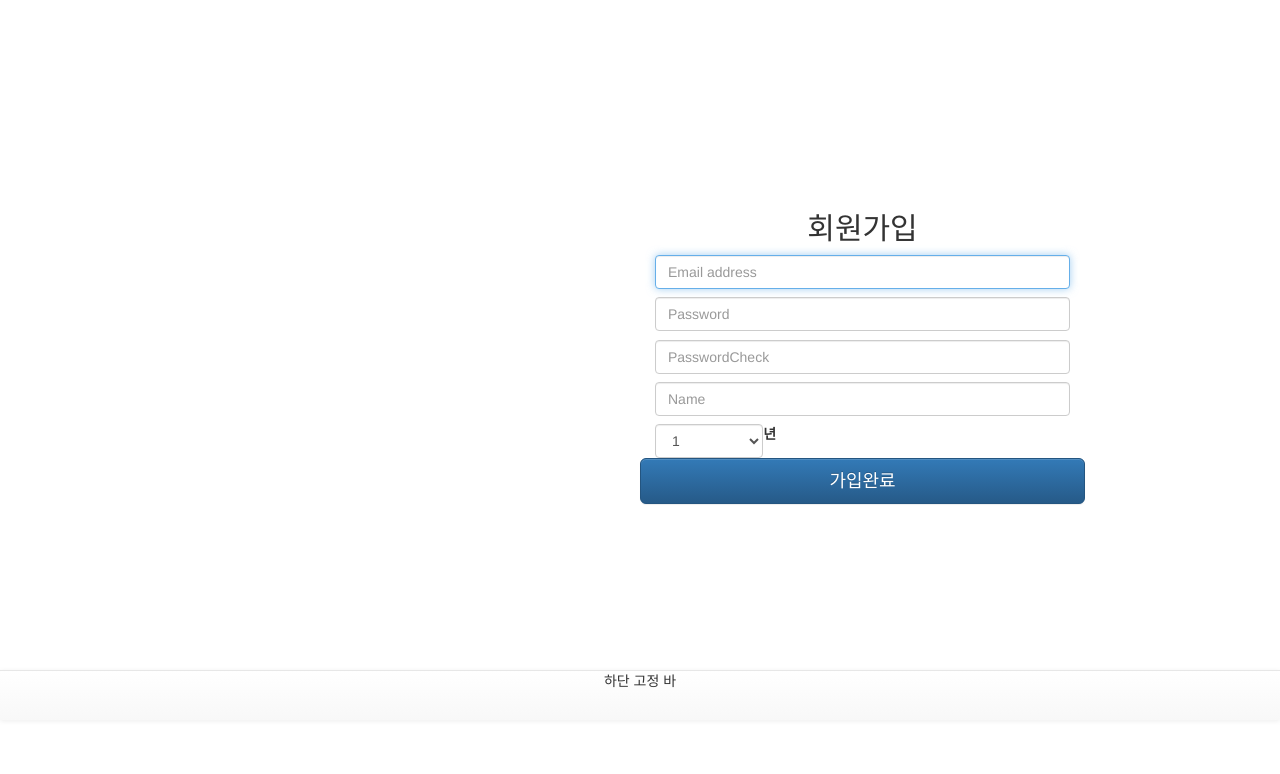
Repository: hrhwbp/Acorn-Final-Project
Page: http://localhost/final_project/index.jsp
An editor plug-in stored every save of this project. The page is shown before and after the next save, followed by the edit.
The browser window is 1280 px wide. The pictures show the whole page.
Some web libraries are served in a nearby version. The page is served by Tomcat 9. Nobody is signed in. The application's start-up code is not run. Other server files are loaded and not shown.

Above is the page before, as saved 2016-10-26 06:17:05.

### final_project/src/main/webapp/index.jsp
<%@ page language="java" contentType="text/html; charset=UTF-8"
	pageEncoding="UTF-8"%>
<!DOCTYPE html">
<html>
<head>
<meta http-equiv="Content-Type" content="text/html; charset=UTF-8">
<title>REMIND</title>
<!-- 합쳐지고 최소화된 최신 CSS -->
<link rel="stylesheet"
	href="https://maxcdn.bootstrapcdn.com/bootstrap/3.3.2/css/bootstrap.min.css">
<!-- 부가적인 테마 -->
<link rel="stylesheet"
	href="https://maxcdn.bootstrapcdn.com/bootstrap/3.3.2/css/bootstrap-theme.min.css">
<style type="text/css">
.top_pd {
	padding-top: 2%;
}

.bottom_pd {
	padding-bottom: 2%;
}

.main_pd {
	padding-top: 15%;
	padding-bottom: 20%;
}
</style>
<!-- 합쳐지고 최소화된 최신 자바스크립트 -->
<script
	src="https://ajax.googleapis.com/ajax/libs/jquery/3.1.1/jquery.min.js"></script>
<script
	src="https://maxcdn.bootstrapcdn.com/bootstrap/3.3.2/js/bootstrap.min.js"></script>
</head>
<body class="center-block()">
	<div class="container main_pd">
		<div class="container col-md-5 col-md-offset-1"></div>
		<div class="container col-md-5">
			<div class="row col-md-12 hide">
				<form class="form-signin">
					<h2 class="form-signin-heading text-center">로그인</h2>
					<div class="row">
						<label for="inputEmail" class="sr-only">Email address</label> <input
							type="email" id="inputEmail" class="form-control"
							placeholder="Email address" required autofocus>
					</div>
					<div class="row top_pd bottom_pd">
						<label for="inputPassword" class="sr-only">Password</label> <input
							type="password" id="inputPassword" class="form-control"
							placeholder="Password" required>
					</div>

					<button class="btn btn-lg btn-primary btn-block" type="submit">로그인</button>
				</form>
				<button class="btn btn-lg btn-primary btn-block" type="button">회원가입</button>
			</div>
			<div class="row col-md-12">
				<form class="form-signin">
					<h2 class="form-signin-heading text-center">회원가입</h2>
					<div class="row-md-12">
						<label for="inputEmail" class="sr-only">Email address</label> <input
							type="email" id="inputEmail" class="form-control"
							placeholder="Email address" required autofocus>
					</div>
					<div class="row-md-12 top_pd">
						<label for="inputPassword" class="sr-only">Password</label> <input
							type="password" id="inputPassword" class="form-control"
							placeholder="Password" required>
					</div>
					<div class="row-md-12 top_pd">
						<label for="passwordCheck" class="sr-only">PasswordCheck</label> <input
							type="password" id="passwordCheck" class="form-control"
							placeholder="PasswordCheck" required>
					</div>
					<div class="row-md-12 top_pd">
						<label for="inputName" class="sr-only">Name</label> <input
							type="text" class="form-control" id="inputName"
							placeholder="Name" required>
					</div>
					<div class="row col-md-4 top_pd">
						<select class="form-control">
							<option>1</option>
							<option>2</option>
							<option>3</option>
							<option>4</option>
							<option>5</option>
						</select>
					</div>
					<div class="row col-md-2 top_pd">
						<label class="">년</label>
					</div>
					<div class="row top_pd">
						<button class="btn btn-lg btn-primary btn-block" type="submit">가입완료</button>
					</div>
				</form>

			</div>
		</div>
	</div>
	<%@include file="bottom.jsp"%>
</body>
</html>

### final_project/src/main/webapp/bottom.jsp
<%@ page language="java" contentType="text/html; charset=UTF-8"
    pageEncoding="UTF-8"%>
<!DOCTYPE html PUBLIC "-//W3C//DTD HTML 4.01 Transitional//EN" "http://www.w3.org/TR/html4/loose.dtd">
<html>
<head>
<meta http-equiv="Content-Type" content="text/html; charset=UTF-8">
<title>Insert title here</title>
</head>
<body>
<nav class="navbar navbar-default navbar-fixed-bottom">
  <div class="container">
  	<div class="row text-center">
  	 	하단 고정 바
  	</div>
  </div>
</nav>
</body>
</html>

After the next save:
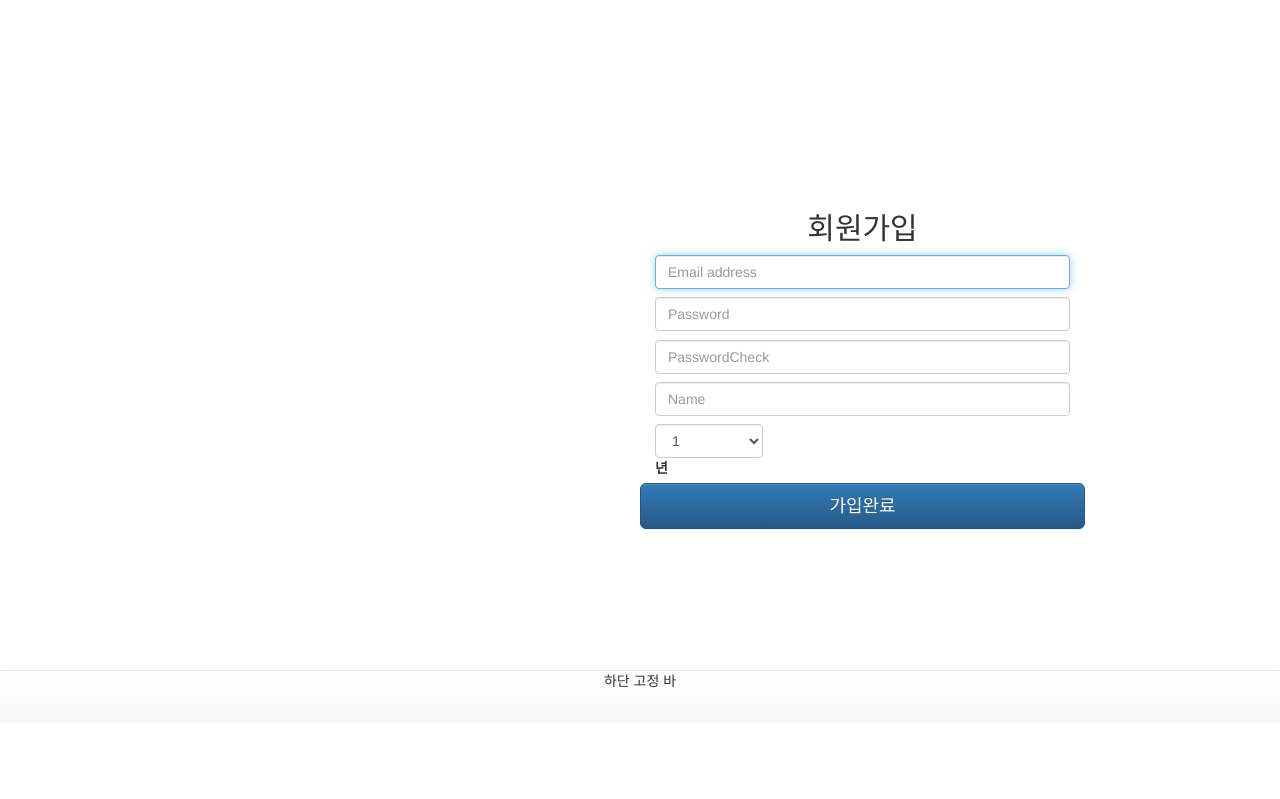
Saved 78 s later.
--- a/final_project/src/main/webapp/index.jsp
+++ b/final_project/src/main/webapp/index.jsp
@@ -84,9 +84,9 @@
 							<option>4</option>
 							<option>5</option>
 						</select>
+						<label for="">년</label>
 					</div>
 					<div class="row col-md-2 top_pd">
-						<label class="">년</label>
 					</div>
 					<div class="row top_pd">
 						<button class="btn btn-lg btn-primary btn-block" type="submit">가입완료</button>
